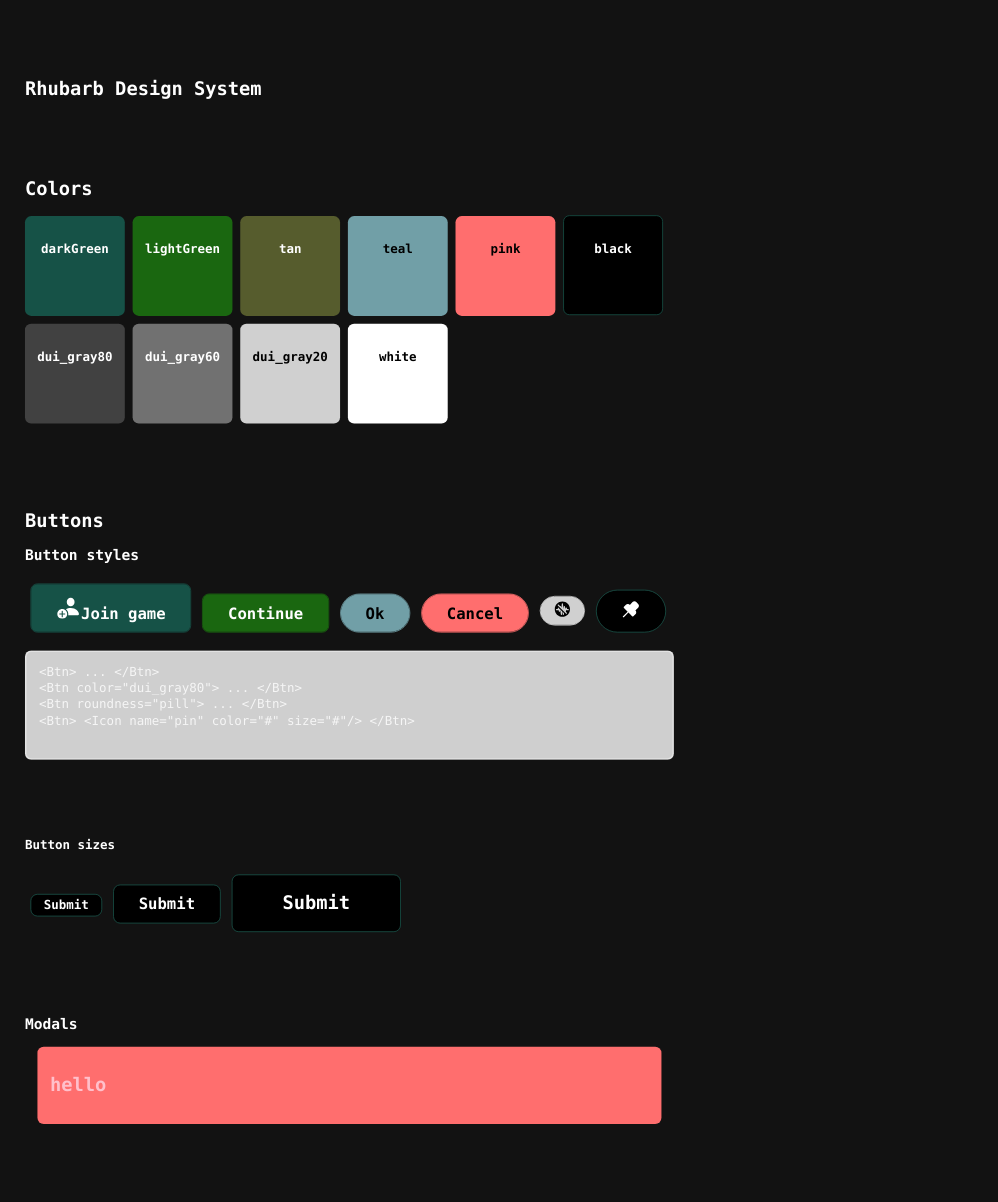
Repository: kttalley/designing-with-data_react-class
Page: / (app in lesson6_design-system-component-extension/)
The author's editor kept a copy of each file at every save. The page is drawn from the files as they stood at one save, then again after a run of saves.
The browser window is 1280 px wide. The pictures show the whole page, at 78% of full size.
The project was rebuilt for these pictures with package versions that can differ from the ones it lists, and the page was loaded fresh each time. Imported but missing from the stored project, and not drawn on this page: lesson6_design-system-component-extension/src/Rhubarb/Input.

Above is the page before, as saved 2023-09-01 12:20:52.

After the next 2 saves:
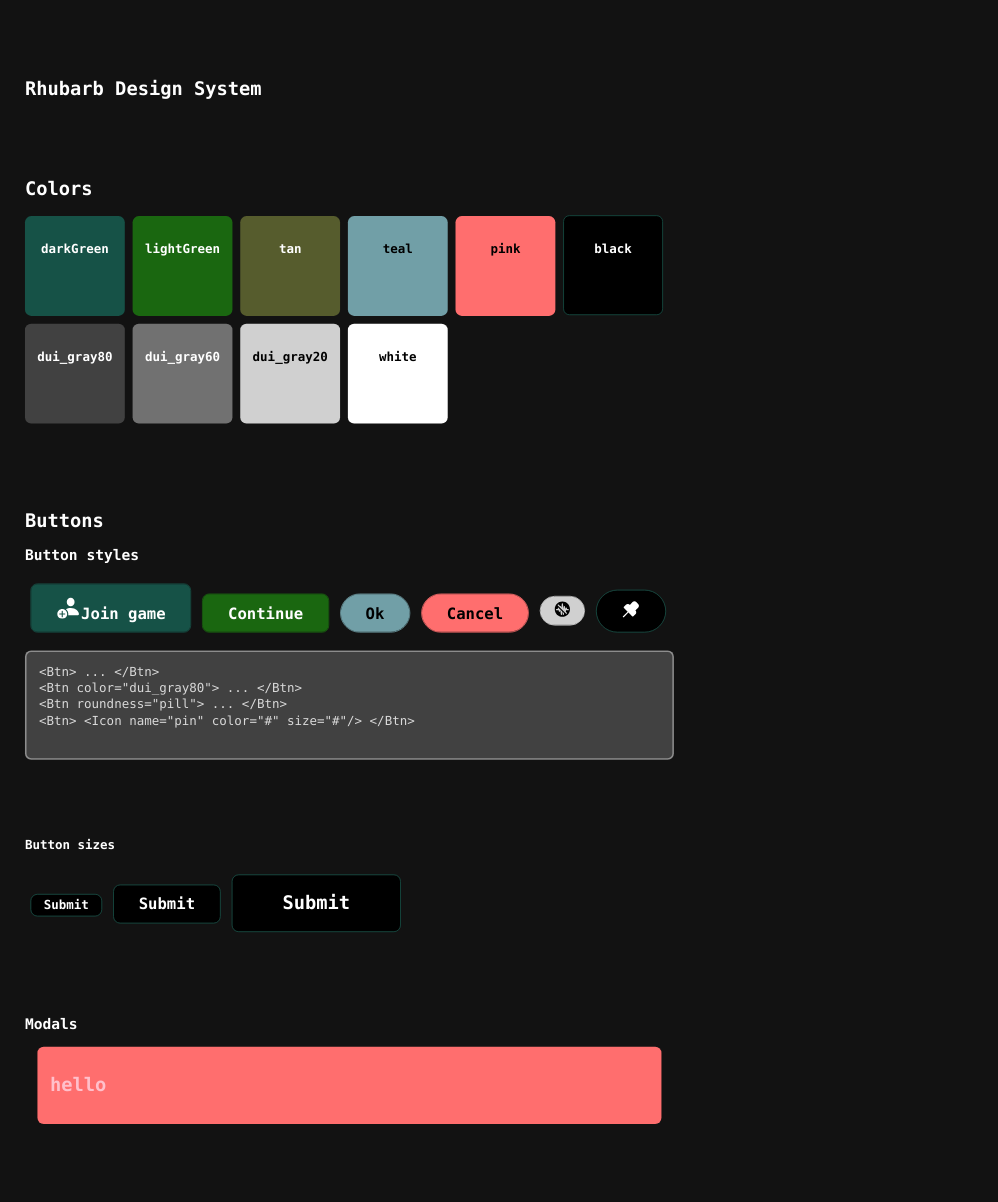
The 2 saves are shown as one change because they came seconds apart.
The last was saved 10 s later.
--- a/lesson6_design-system-component-extension/src/Docs/index.js
+++ b/lesson6_design-system-component-extension/src/Docs/index.js
@@ -30,7 +30,7 @@ export const DocsModalContainer = styled.section`
 
 export const DocsCodeBlock = styled.code`
   border: 2px solid ${color.dui_gray60};
-  background-color: ${color.dui_gray20};
+  background-color: ${color.dui_gray80};
   color: ${color.dui_gray20};
   border-radius: 8px;
   display: block;
